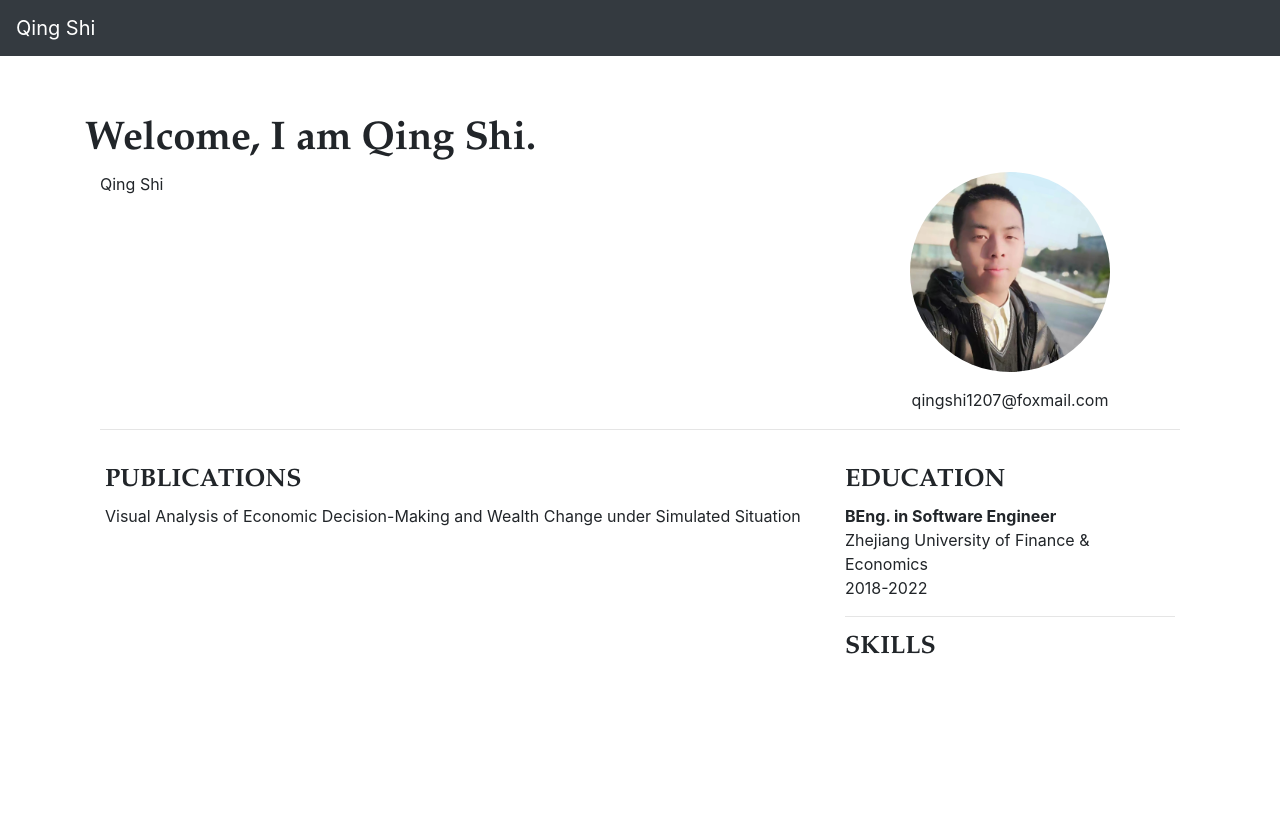
Repository: sqsssq/webpage
Page: index.html
The author's editor kept a copy of each file at every save. The page is drawn from the files as they stood at one save, then again after the next save.
The browser window is 1280 px wide. The pictures show the whole page.
Some web libraries are served in a nearby version.

Above is the page before, as saved 2022-03-28 09:50:39.

After the next save:
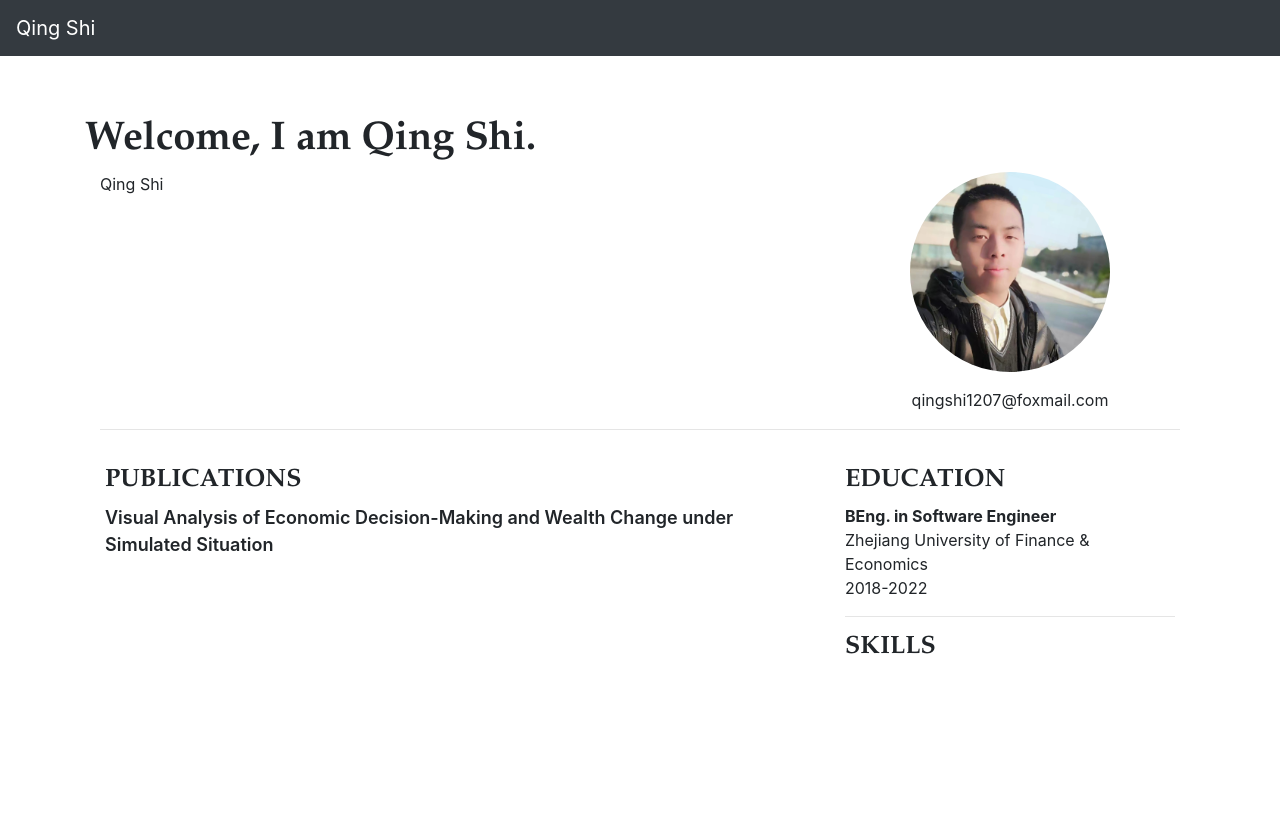
Saved 55 s later.
--- a/index.html
+++ b/index.html
@@ -1,6 +1,6 @@
 <!--
  * @Author: Qing Shi
- * @LastEditTime: 2022-03-28 09:49:48
+ * @LastEditTime: 2022-03-28 09:51:34
  * @Knowledge:
  * @Description: my homepage
  * @Attention:
@@ -65,7 +65,7 @@
                         PUBLICATIONS
                     </h3>
                     <div class="totalPublic">
-                        <div class="pubic">
+                        <div class="public">
                             <p class="ptitle">Visual Analysis of Economic Decision-Making and Wealth Change under Simulated Situation</p>
 
                         </div>
